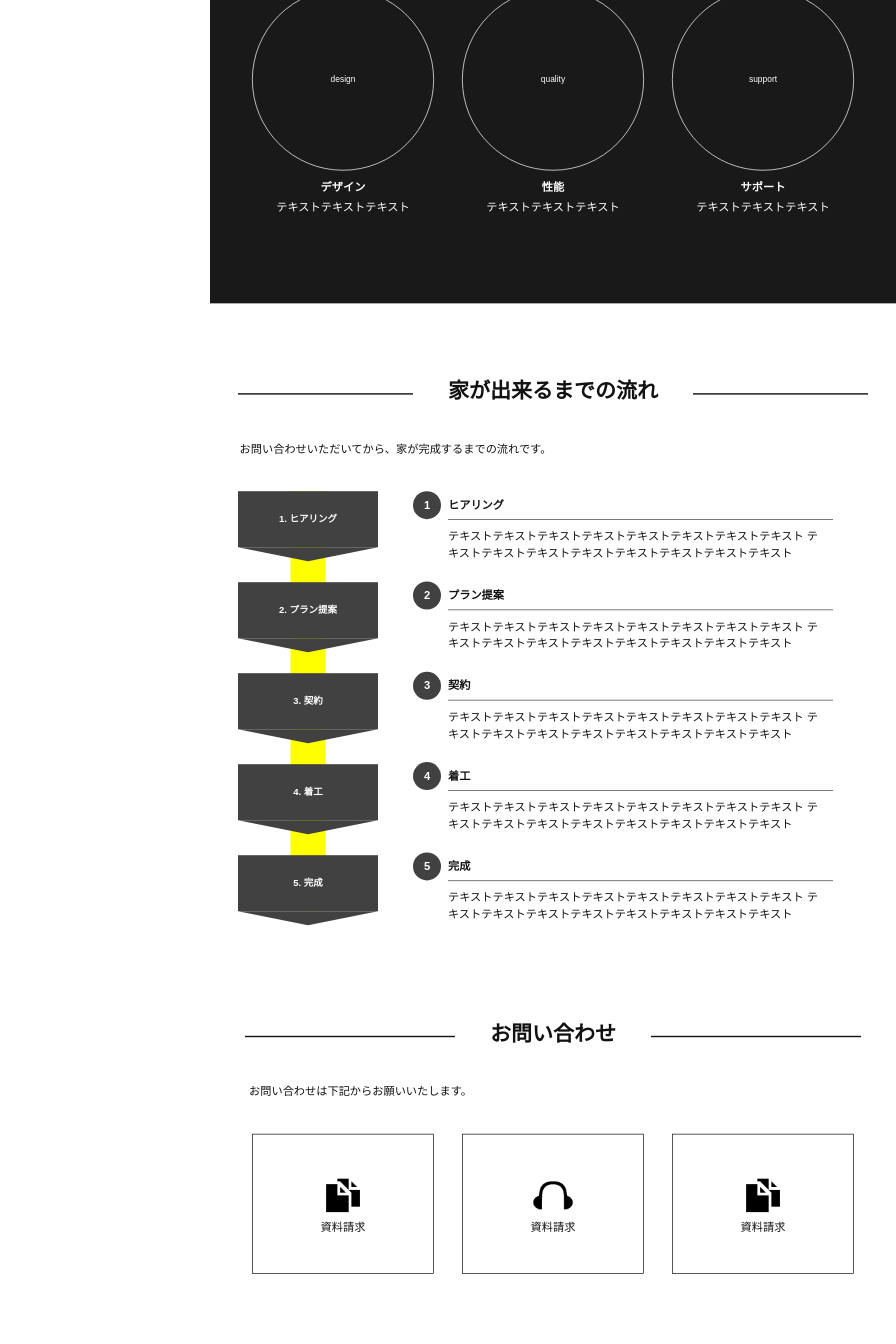
Repository: n19880405nick/challenge
Page: Codestep/House/house.html
The author's editor kept a record of every edit. The page is drawn from the files as they stood at one moment, then again after the next edit.
The browser window is 1280 px wide. The pictures show the part of the page from y = 1724 to 3644 px (the page is 3644 px tall), at 70% of full size.

Above is the page before.

After the next edit:
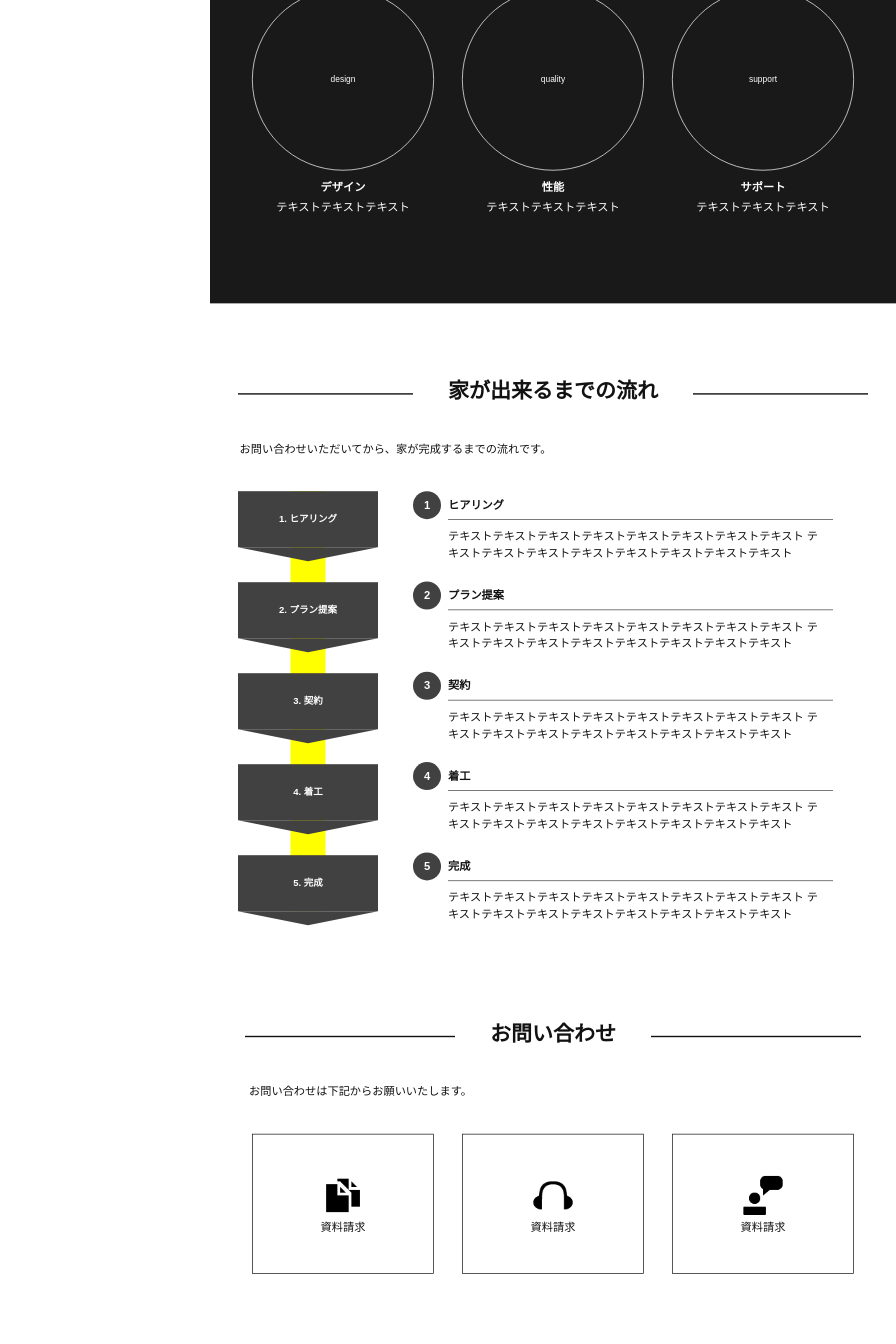
The edit:
--- a/Codestep/House/house.html
+++ b/Codestep/House/house.html
@@ -137,7 +137,7 @@
             <span>資料請求</span>
           </a>
           <a class="contact-content" href="">
-            <img class="contact-image" src="img/icon-document.png">
+            <img class="contact-image" src="img/icon-talk.png">
             <span>資料請求</span>
           </a>
         </div>
